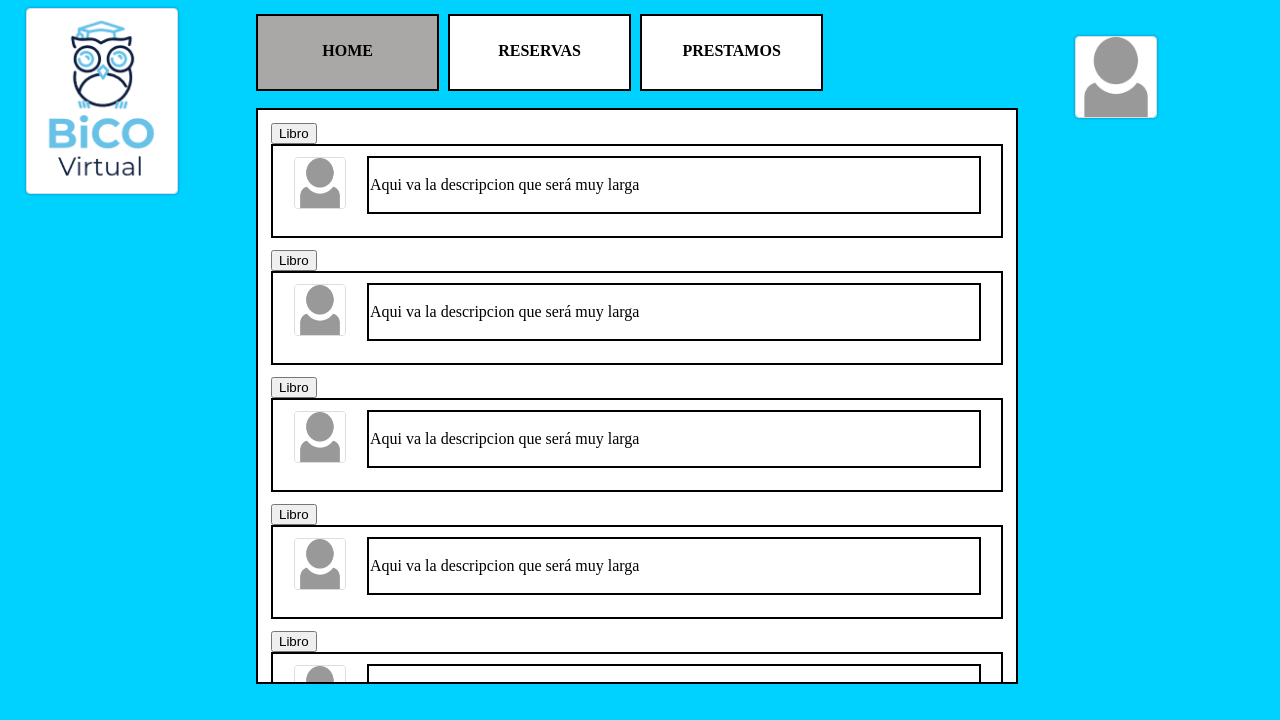
Repository: i72frpeu/IW_Bien
Page: http://localhost/Trabajo_IW/Home (Admin).jsp
An editor plug-in stored every save of this project. The page is shown before and after the next save, followed by the edit.
The browser window is 1280 px wide. The pictures show the whole page.
An inner scrolling area shows only its first screen. The page is served by Tomcat 9.

Above is the page before, as saved 2020-05-16 17:28:44.

After the next save:
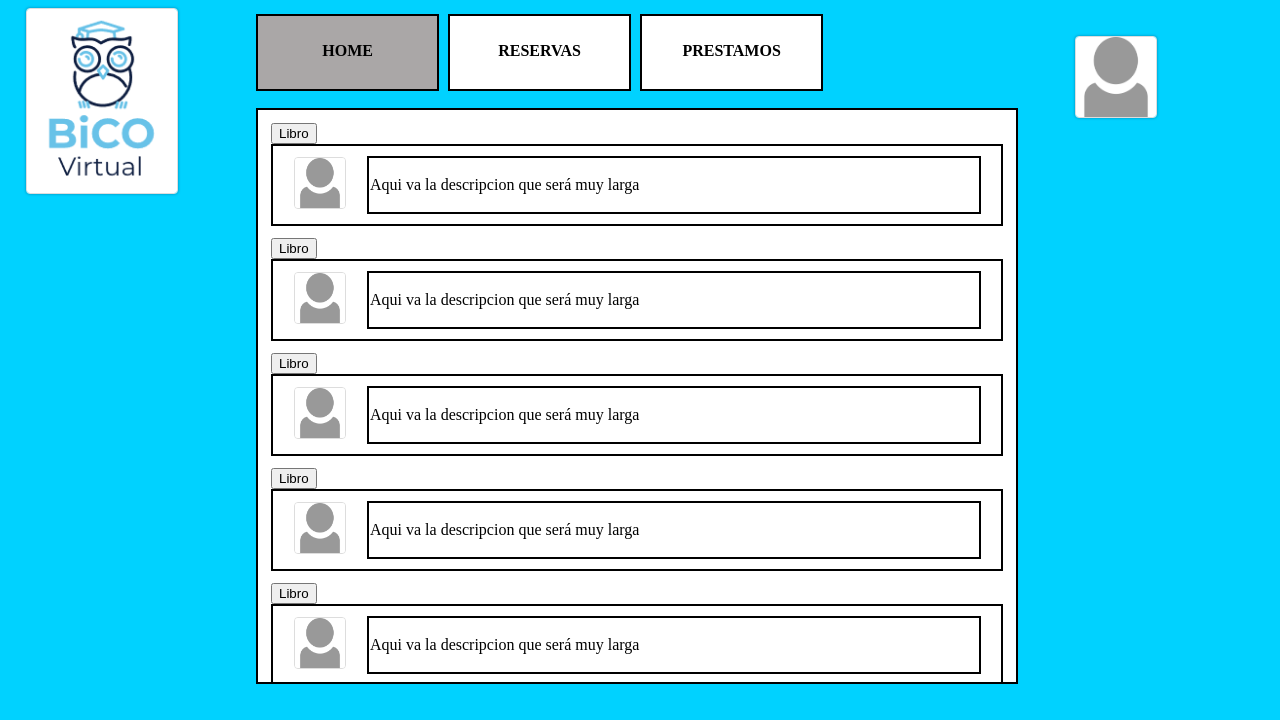
Saved 5 s later.
--- a/WorkSpace/Trabajo IW/WebContent/Home (Admin).jsp
+++ b/WorkSpace/Trabajo IW/WebContent/Home (Admin).jsp
@@ -26,10 +26,6 @@
                     <td class="td_user_des">Aqui va la descripcion que será muy larga</td>
                     <a href="mvc/control/eventControl.jsp"><button name="foro" class="boton_user">Libro</button></a>
                   </tr>
-                  <tr>
-                    <td></td>
-                    <td></td>
-                  </tr>
                 </table>
           </td>
         </tr>
